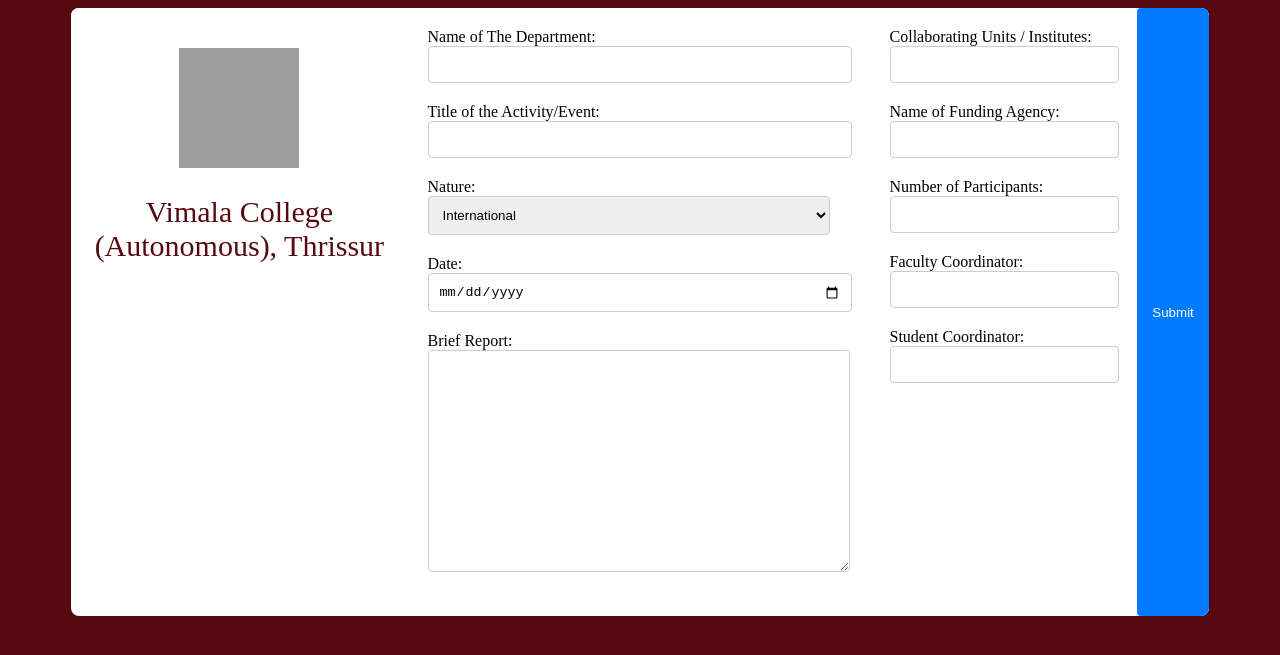
Repository: Rammjay/vimala-activity-report
Page: vim/report/reports/templates/1.html
An editor plug-in stored every save of this project. The page is shown before and after the next save, followed by the edit.
The browser window is 1280 px wide. The pictures show the whole page.
Pictures or frames that could not be fetched are drawn as grey boxes.

Above is the page before, as saved 2024-09-22 14:26:11.

After the next save:
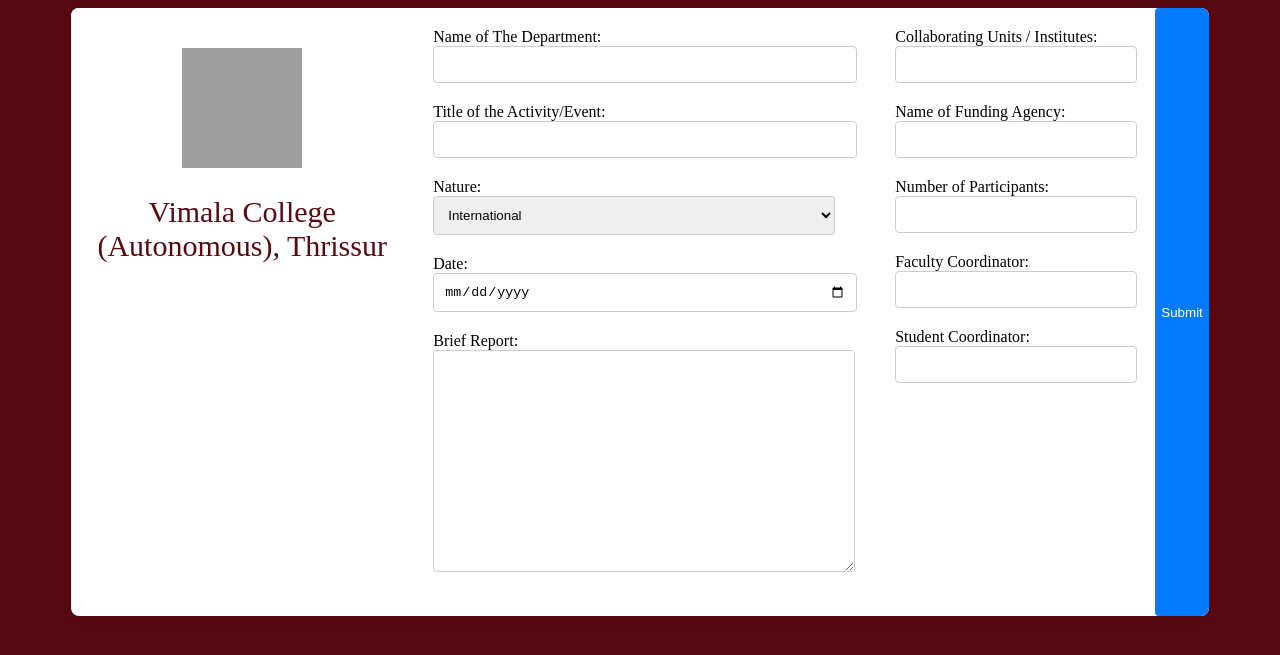
Saved 5 s later.
--- a/vim/report/reports/templates/1.html
+++ b/vim/report/reports/templates/1.html
@@ -67,7 +67,6 @@
             border-radius: 4px;
         }
         button {
-            padding: 10px 15px;
             background-color: #007bff;
             color: white;
             border: none;
